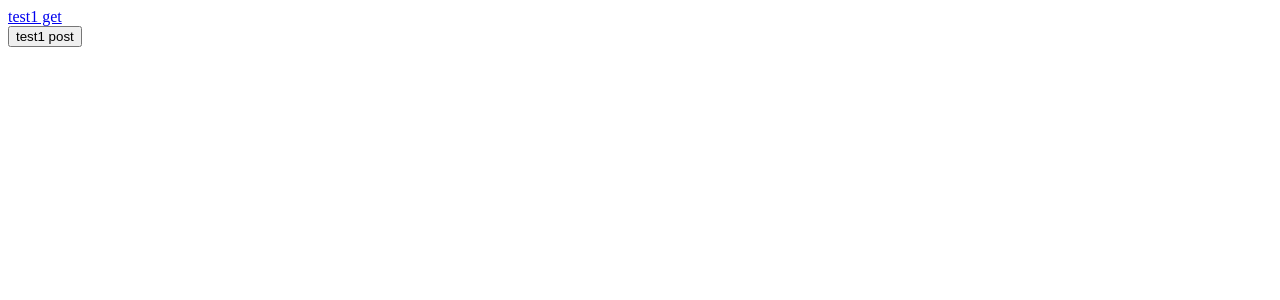
Repository: sudale/java_study
Page: http://localhost/RequestMethod/
These files come from the project's save history. The page is drawn as it stood at one moment and after the next save; the edit follows.
The browser window is 1280 px wide. The pictures show the whole page.
The page is served by Tomcat 9. Other server files are loaded and not shown.

Above is the page before, as saved 2022-12-08 05:05:32.

### RequestMethod/WebContent/WEB-INF/views/index.jsp
<%@ page language="java" contentType="text/html; charset=UTF-8"
	pageEncoding="UTF-8"%>
<!DOCTYPE html>
<html>
<head>
<meta charset="UTF-8">
<title>Insert title here</title>
</head>
<body>
	<a href='test1'>test1 get</a>
	<br />
	<form action='test1' method='post'>
		<button type='submit'>test1 post</button>
	</form>


</body>
</html>

After the next save:
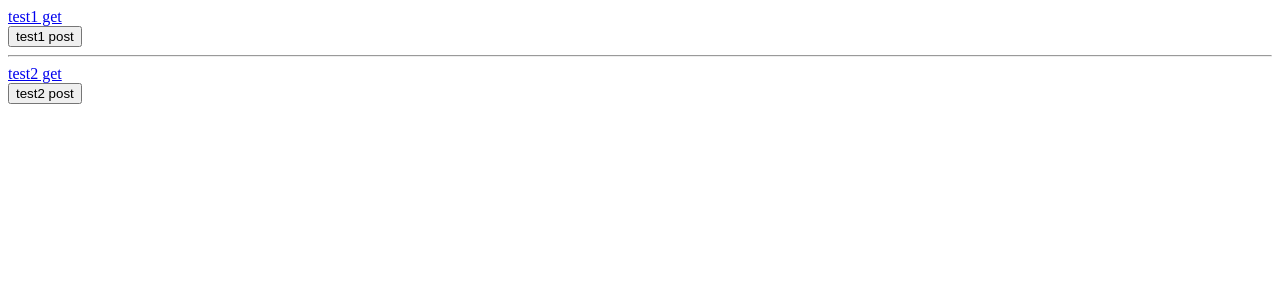
Saved 19 s later.
--- a/RequestMethod/WebContent/WEB-INF/views/index.jsp
+++ b/RequestMethod/WebContent/WEB-INF/views/index.jsp
@@ -12,7 +12,12 @@
 	<form action='test1' method='post'>
 		<button type='submit'>test1 post</button>
 	</form>
-
+	<hr />
+	<a href='test2'>test2 get</a>
+	<br />
+	<form action='test2' method='post'>
+		<button type='submit'>test2 post</button>
+	</form>
 
 </body>
 </html>
